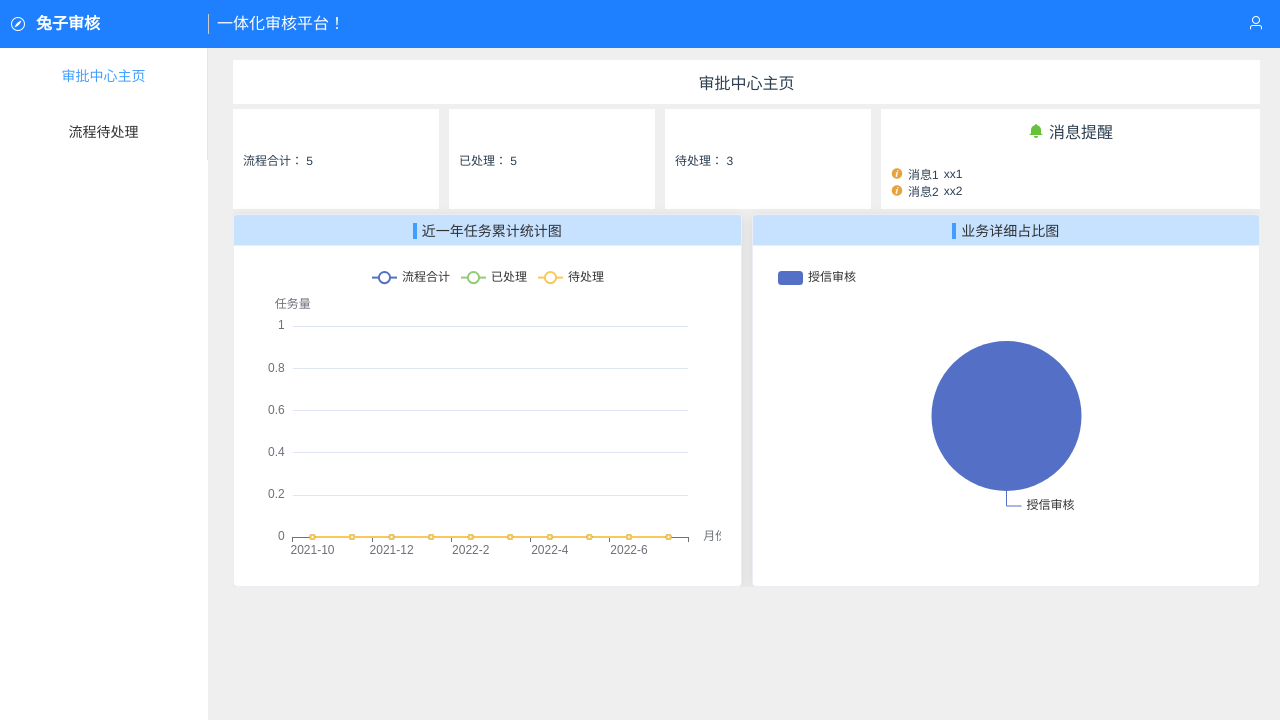
Repository: lucky-LoL735/lois
Page: / (app in project-audit/)
An editor plug-in stored every save of this project. The page is shown before and after the next save, followed by the edit.
The browser window is 1280 px wide. The pictures show the whole page.
The project was rebuilt for these pictures with package versions that can differ from the ones it lists, and the page was loaded fresh each time. Also part of the build but not shown: project-audit/vue.config.js, project-audit/src/views/ToDo.vue, project-audit/src/views/LogDetail.vue, project-audit/src/views/FlowView.vue, project-audit/src/views/HandleTask.vue, project-audit/src/views/SeeLog.vue.

Above is the page before, as saved 2022-11-17 17:19:55.

After the next save:
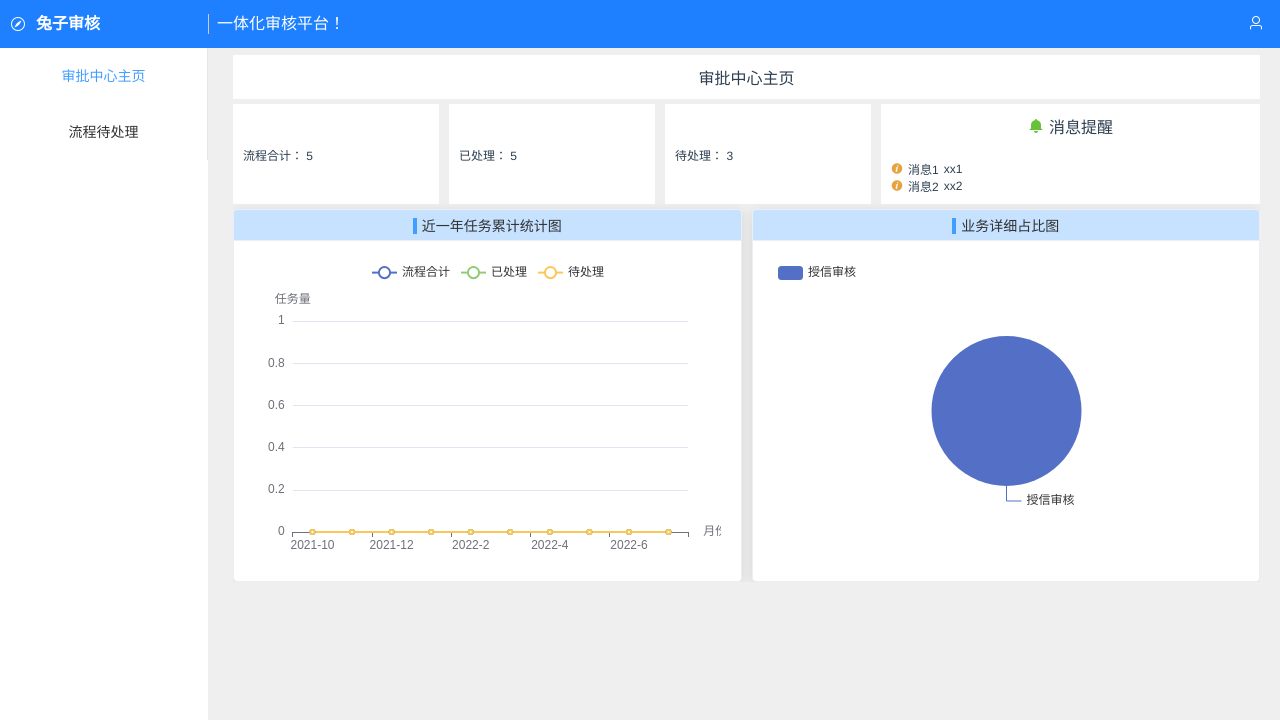
Saved 6 s later.
--- a/project-audit/src/views/HomeView.vue
+++ b/project-audit/src/views/HomeView.vue
@@ -164,7 +164,7 @@ export default ({
 <style lang="scss" scoped>
 .home {
   overflow: hidden;
-  margin-top: 40px ;
+  margin-top: 35px ;
 }
 
 .same {
